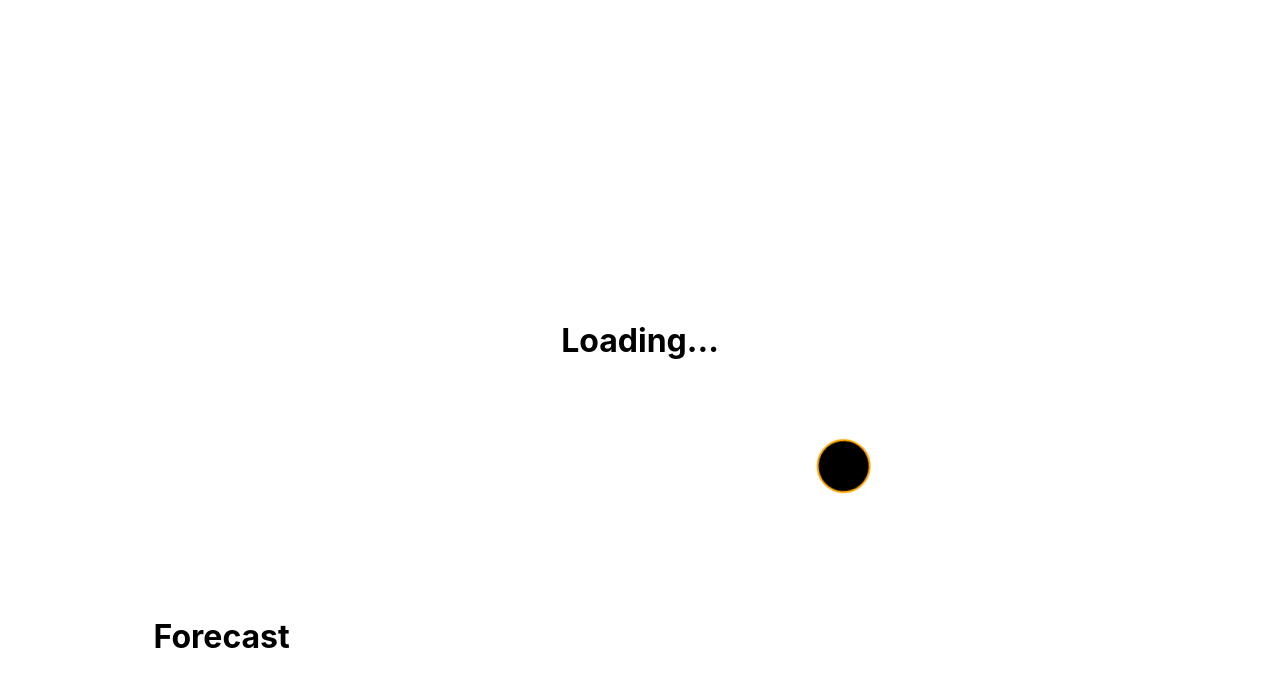
Repository: debthebuilder/bloom
Page: /
These files come from the project's save history. The page is drawn as it stood at one moment and after the next save; the edit follows.
The browser window is 1280 px wide. The pictures show the whole page.
The page's requests for data from a server got no answer. The project was rebuilt for these pictures with package versions that can differ from the ones it lists, and the page was loaded fresh each time. No one was signed in, and anything a server would have sent is missing. Also part of the build but not shown: src/components/Splash.js.

Above is the page before, as saved 2022-11-11 10:25:18.

After the next save:
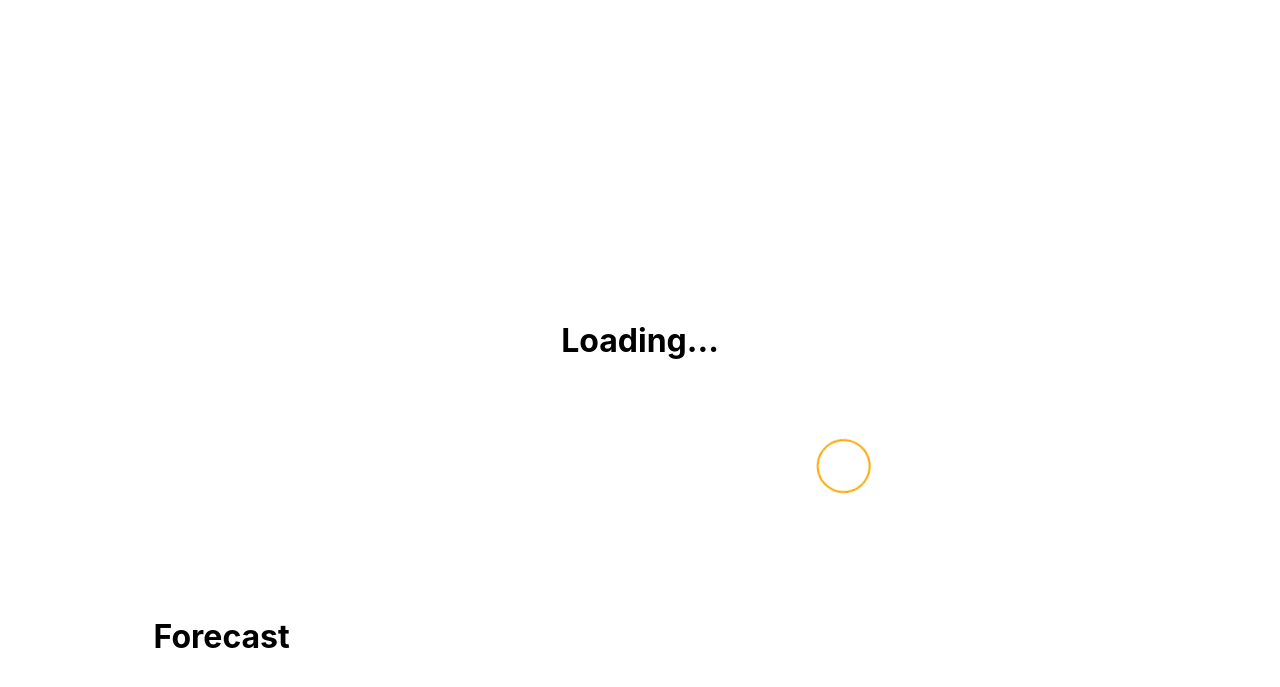
Saved 19 s later.
--- a/src/scss/_loading.scss
+++ b/src/scss/_loading.scss
@@ -12,7 +12,7 @@
 
   .coin:before {
     content: '';
-    background: black;
+    // background: black;
     background-image: url("../assets/sunny.png");
     position: absolute;
     border-radius: 50px;
